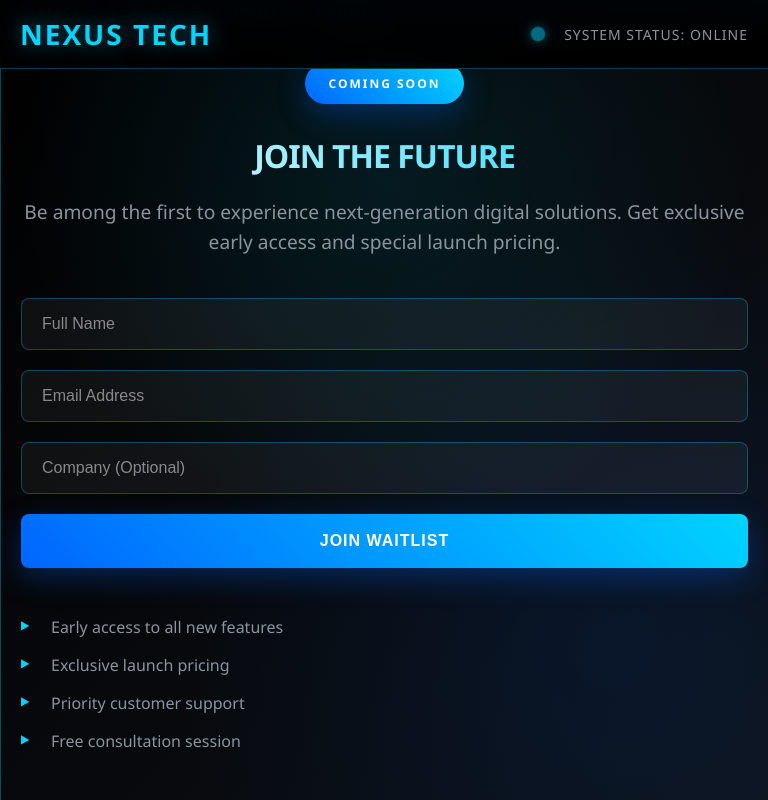
Repository: techandbeauty/NexusTech-Service-Portal
Page: index.html
The author's editor kept a copy of each file at every save. The page is drawn from the files as they stood at one save, then again after a run of saves.
The browser window is 768 px wide. The pictures show the whole page.

Above is the page before, as saved 2025-06-17 01:06:39.

### index.html
<!DOCTYPE html>
<html lang="en">
<head>
    <meta charset="UTF-8">
    <meta name="viewport" content="width=device-width, initial-scale=1.0">
    <title>Nexus Tech Digital Solutions - Coming Soon</title>
    <style>
        * {
            margin: 0;
            padding: 0;
            box-sizing: border-box;
        }

        body {
            font-family: 'Segoe UI', Tahoma, Geneva, Verdana, sans-serif;
            background: #000000;
            color: #ffffff;
            overflow-x: hidden;
            cursor: none;
        }

        /* Custom Cursor */
        .cursor {
            position: fixed;
            width: 20px;
            height: 20px;
            background: linear-gradient(45deg, #00d4ff, #0066ff);
            border-radius: 50%;
            pointer-events: none;
            z-index: 9999;
            transition: transform 0.1s ease;
            mix-blend-mode: difference;
        }

        .cursor.hover {
            transform: scale(2);
        }

        /* PlayStation Style Header */
        .header {
            position: fixed;
            top: 0;
            width: 100%;
            background: rgba(0, 0, 0, 0.95);
            backdrop-filter: blur(20px);
            z-index: 1000;
            padding: 15px 0;
            border-bottom: 1px solid rgba(0, 212, 255, 0.3);
        }

        .nav {
            max-width: 1400px;
            margin: 0 auto;
            display: flex;
            justify-content: space-between;
            align-items: center;
            padding: 0 30px;
        }

        .logo {
            font-size: 28px;
            font-weight: 900;
            color: #00d4ff;
            text-transform: uppercase;
            letter-spacing: 2px;
            text-shadow: 0 0 20px rgba(0, 212, 255, 0.5);
        }

        .nav-status {
            display: flex;
            align-items: center;
            gap: 20px;
            font-size: 14px;
            color: #8b949e;
            text-transform: uppercase;
            letter-spacing: 1px;
        }

        .status-indicator {
            width: 12px;
            height: 12px;
            background: #00d4ff;
            border-radius: 50%;
            animation: pulse 2s infinite;
            box-shadow: 0 0 10px rgba(0, 212, 255, 0.8);
        }

        @keyframes pulse {
            0%, 100% { opacity: 1; transform: scale(1); }
            50% { opacity: 0.5; transform: scale(1.2); }
        }

        /* Main Container */
        .main-container {
            height: 100vh;
            display: flex;
            position: relative;
            overflow: hidden;
        }

        /* Left Panel - Project Showcase */
        .project-panel {
            flex: 1;
            position: relative;
            background: linear-gradient(135deg, #0d1117 0%, #161b22 100%);
            overflow: hidden;
        }

        .project-carousel {
            position: relative;
            width: 100%;
            height: 100%;
        }

        .project-slide {
            position: absolute;
            top: 0;
            left: 0;
            width: 100%;
            height: 100%;
            opacity: 0;
            transition: opacity 1s ease-in-out;
            background-size: cover;
            background-position: center;
            display: flex;
            align-items: flex-end;
            padding: 60px;
        }

        .project-slide.active {
            opacity: 1;
        }

        .project-slide::before {
            content: '';
            position: absolute;
            top: 0;
            left: 0;
            right: 0;
            bottom: 0;
            background: linear-gradient(
                135deg,
                rgba(13, 17, 23, 0.7) 0%,
                rgba(0, 102, 255, 0.3) 50%,
                rgba(0, 212, 255, 0.2) 100%
            );
            z-index: 1;
        }

        .project-info {
            position: relative;
            z-index: 2;
            max-width: 500px;
        }

        .project-category {
            color: #00d4ff;
            font-size: 14px;
            font-weight: 700;
            text-transform: uppercase;
            letter-spacing: 2px;
            margin-bottom: 10px;
        }

        .project-title {
            font-size: 3rem;
            font-weight: 900;
            text-transform: uppercase;
            letter-spacing: -1px;
            margin-bottom: 20px;
            text-shadow: 2px 2px 20px rgba(0, 0, 0, 0.8);
        }

        .project-description {
            font-size: 1.1rem;
            line-height: 1.6;
            color: rgba(255, 255, 255, 0.9);
            margin-bottom: 30px;
        }

        .project-tech {
            display: flex;
            gap: 15px;
            flex-wrap: wrap;
        }

        .tech-tag {
            background: rgba(0, 212, 255, 0.2);
            border: 1px solid rgba(0, 212, 255, 0.5);
            color: #00d4ff;
            padding: 8px 16px;
            border-radius: 20px;
            font-size: 12px;
            font-weight: 600;
            text-transform: uppercase;
            letter-spacing: 1px;
        }

        /* Right Panel - Waitlist */
        .waitlist-panel {
            width: 500px;
            background: linear-gradient(135deg, #000000 0%, #0d1117 100%);
            display: flex;
            flex-direction: column;
            justify-content: center;
            align-items: center;
            padding: 60px 40px;
            position: relative;
            border-left: 1px solid rgba(0, 212, 255, 0.3);
        }

        .waitlist-panel::before {
            content: '';
            position: absolute;
            top: 0;
            left: 0;
            right: 0;
            bottom: 0;
            background:
                radial-gradient(circle at 50% 20%, rgba(0, 212, 255, 0.1) 0%, transparent 50%),
                radial-gradient(circle at 80% 80%, rgba(0, 102, 255, 0.1) 0%, transparent 50%);
            z-index: 1;
        }

        .waitlist-content {
            position: relative;
            z-index: 2;
            text-align: center;
            width: 100%;
        }

        .launch-badge {
            background: linear-gradient(45deg, #0066ff, #00d4ff);
            color: white;
            padding: 12px 24px;
            border-radius: 25px;
            font-size: 12px;
            font-weight: 700;
            text-transform: uppercase;
            letter-spacing: 2px;
            margin-bottom: 30px;
            display: inline-block;
            box-shadow: 0 10px 30px rgba(0, 102, 255, 0.3);
        }

        .waitlist-title {
            font-size: 2.8rem;
            font-weight: 900;
            text-transform: uppercase;
            letter-spacing: -1px;
            margin-bottom: 20px;
            background: linear-gradient(45deg, #ffffff, #00d4ff);
            -webkit-background-clip: text;
            -webkit-text-fill-color: transparent;
            background-clip: text;
        }

        .waitlist-subtitle {
            font-size: 1.2rem;
            color: #8b949e;
            margin-bottom: 40px;
            line-height: 1.6;
        }

        .waitlist-form {
            width: 100%;
            margin-bottom: 40px;
        }

        .form-group {
            margin-bottom: 20px;
        }

        .form-input {
            width: 100%;
            background: rgba(255, 255, 255, 0.05);
            border: 1px solid rgba(0, 212, 255, 0.3);
            border-radius: 8px;
            padding: 16px 20px;
            color: white;
            font-size: 16px;
            transition: all 0.3s ease;
        }

        .form-input:focus {
            outline: none;
            border-color: #00d4ff;
            box-shadow: 0 0 0 3px rgba(0, 212, 255, 0.2);
            background: rgba(255, 255, 255, 0.08);
        }

        .form-input::placeholder {
            color: rgba(255, 255, 255, 0.5);
        }

        .submit-btn {
            width: 100%;
            background: linear-gradient(45deg, #0066ff, #00d4ff);
            border: none;
            border-radius: 8px;
            padding: 18px 24px;
            color: white;
            font-size: 16px;
            font-weight: 700;
            text-transform: uppercase;
            letter-spacing: 1px;
            cursor: pointer;
            transition: all 0.3s ease;
            box-shadow: 0 10px 30px rgba(0, 102, 255, 0.3);
        }

        .submit-btn:hover {
            transform: translateY(-2px);
            box-shadow: 0 15px 40px rgba(0, 102, 255, 0.4);
        }

        .submit-btn:active {
            transform: translateY(0);
        }

        .waitlist-features {
            list-style: none;
            text-align: left;
        }

        .waitlist-features li {
            padding: 8px 0;
            color: #8b949e;
            position: relative;
            padding-left: 30px;
        }

        .waitlist-features li::before {
            content: '▶';
            position: absolute;
            left: 0;
            color: #00d4ff;
            font-size: 12px;
        }

        /* Navigation Dots */
        .carousel-nav {
            position: absolute;
            bottom: 30px;
            right: 30px;
            display: flex;
            gap: 15px;
            z-index: 3;
        }

        .nav-dot {
            width: 12px;
            height: 12px;
            border-radius: 50%;
            background: rgba(255, 255, 255, 0.3);
            cursor: pointer;
            transition: all 0.3s ease;
        }

        .nav-dot.active {
            background: #00d4ff;
            box-shadow: 0 0 15px rgba(0, 212, 255, 0.8);
            transform: scale(1.2);
        }

        /* Progress Bar */
        .progress-bar {
            position: absolute;
            bottom: 0;
            left: 0;
            height: 3px;
            background: #00d4ff;
            transition: width 5s linear;
            z-index: 3;
        }

        /* Success Message */
        .success-message {
            display: none;
            background: rgba(34, 197, 94, 0.1);
            border: 1px solid rgba(34, 197, 94, 0.3);
            color: #22c55e;
            padding: 20px;
            border-radius: 8px;
            margin-top: 20px;
            text-align: center;
        }

        /* Responsive Design */
        @media (max-width: 768px) {
            .main-container {
                flex-direction: column;
                height: auto;
                min-height: 100vh;
            }

            .project-panel {
                height: 60vh;
            }

            .waitlist-panel {
                width: 100%;
                padding: 40px 20px;
            }

            .project-slide {
                padding: 30px 20px;
            }

            .project-title {
                font-size: 2rem;
            }

            .waitlist-title {
                font-size: 2rem;
            }

            .nav {
                padding: 0 20px;
            }

            .cursor {
                display: none;
            }

            body {
                cursor: auto;
            }
        }

        /* Gaming UI Elements */
        .ui-corner {
            position: absolute;
            width: 30px;
            height: 30px;
            border: 2px solid rgba(0, 212, 255, 0.5);
        }

        .ui-corner.top-left {
            top: 20px;
            left: 20px;
            border-right: none;
            border-bottom: none;
        }

        .ui-corner.top-right {
            top: 20px;
            right: 20px;
            border-left: none;
            border-bottom: none;
        }

        .ui-corner.bottom-left {
            bottom: 20px;
            left: 20px;
            border-right: none;
            border-top: none;
        }

        .ui-corner.bottom-right {
            bottom: 20px;
            right: 20px;
            border-left: none;
            border-top: none;
        }
    </style>
</head>
<body>
    <!-- Custom Cursor -->
    <div class="cursor"></div>

    <!-- Header -->
    <header class="header">
        <nav class="nav">
            <div class="logo">Nexus Tech</div>
            <div class="nav-status">
                <div class="status-indicator"></div>
                System Status: Online
            </div>
        </nav>
    </header>

    <!-- Main Container -->
    <div class="main-container">
        <!-- Gaming UI Corners -->
        <div class="ui-corner top-left"></div>
        <div class="ui-corner top-right"></div>
        <div class="ui-corner bottom-left"></div>
        <div class="ui-corner bottom-right"></div>

        <!-- Project Showcase Panel -->
        <div class="project-panel">
            <div class="project-carousel">
                <div class="progress-bar"></div>

                <!-- Slide 1 - E-commerce Platform -->
                <div class="project-slide active" style="background-image: linear-gradient(45deg, #1a1a2e, #16213e, #0f3460);">
                    <div class="project-info">
                        <div class="project-category">E-Commerce Solution</div>
                        <h2 class="project-title">Quantum Store</h2>
                        <p class="project-description">
                            Next-generation e-commerce platform with AI-powered recommendations,
                            real-time inventory management, and seamless payment integration.
                        </p>
                        <div class="project-tech">
                            <span class="tech-tag">React</span>
                            <span class="tech-tag">Node.js</span>
                            <span class="tech-tag">Stripe</span>
                            <span class="tech-tag">AI/ML</span>
                        </div>
                    </div>
                </div>

                <!-- Slide 2 - Mobile App -->
                <div class="project-slide" style="background-image: linear-gradient(45deg, #2d1b69, #11998e, #38ef7d);">
                    <div class="project-info">
                        <div class="project-category">Mobile Application</div>
                        <h2 class="project-title">Nexus Connect</h2>
                        <p class="project-description">
                            Cross-platform mobile app connecting teams globally with real-time
                            collaboration, project management, and secure communication features.
                        </p>
                        <div class="project-tech">
                            <span class="tech-tag">React Native</span>
                            <span class="tech-tag">Firebase</span>
                            <span class="tech-tag">WebRTC</span>
                            <span class="tech-tag">Push Notifications</span>
                        </div>
                    </div>
                </div>

                <!-- Slide 3 - Gaming Platform -->
                <div class="project-slide" style="background-image: linear-gradient(45deg, #667eea, #764ba2, #f093fb);">
                    <div class="project-info">
                        <div class="project-category">Gaming Platform</div>
                        <h2 class="project-title">Cyber Arena</h2>
                        <p class="project-description">
                            Immersive gaming platform with multiplayer capabilities, tournament
                            systems, and blockchain-based rewards for competitive gamers.
                        </p>
                        <div class="project-tech">
                            <span class="tech-tag">Three.js</span>
                            <span class="tech-tag">WebGL</span>
                            <span class="tech-tag">Blockchain</span>
                            <span class="tech-tag">WebSockets</span>
                        </div>
                    </div>
                </div>

                <!-- Slide 4 - SaaS Dashboard -->
                <div class="project-slide" style="background-image: linear-gradient(45deg, #fa709a, #fee140, #ff6b6b);">
                    <div class="project-info">
                        <div class="project-category">SaaS Platform</div>
                        <h2 class="project-title">Analytics Pro</h2>
                        <p class="project-description">
                            Advanced analytics dashboard providing real-time insights, custom
                            reporting, and predictive analytics for enterprise clients.
                        </p>
                        <div class="project-tech">
                            <span class="tech-tag">Vue.js</span>
                            <span class="tech-tag">D3.js</span>
                            <span class="tech-tag">Python</span>
                            <span class="tech-tag">Machine Learning</span>
                        </div>
                    </div>
                </div>

                <!-- Navigation Dots -->
                <div class="carousel-nav">
                    <div class="nav-dot active" data-slide="0"></div>
                    <div class="nav-dot" data-slide="1"></div>
                    <div class="nav-dot" data-slide="2"></div>
                    <div class="nav-dot" data-slide="3"></div>
                </div>
            </div>
        </div>

        <!-- Waitlist Panel -->
        <div class="waitlist-panel">
            <div class="waitlist-content">
                <div class="launch-badge">Coming Soon</div>
                <h1 class="waitlist-title">Join the Future</h1>
                <p class="waitlist-subtitle">
                    Be among the first to experience next-generation digital solutions.
                    Get exclusive early access and special launch pricing.
                </p>

                <form class="waitlist-form" name="waitlist" method="POST" data-netlify="true" data-netlify-honeypot="bot-field">
                    <input type="hidden" name="form-name" value="waitlist" />
                    <p style="display: none;">
                        <input name="bot-field" />
                    </p>

                    <div class="form-group">
                        <input type="text" name="name" class="form-input" placeholder="Full Name" required />
                    </div>

                    <div class="form-group">
                        <input type="email" name="email" class="form-input" placeholder="Email Address" required />
                    </div>

                    <div class="form-group">
                        <input type="text" name="company" class="form-input" placeholder="Company (Optional)" />
                    </div>

                    <button type="submit" class="submit-btn">Join Waitlist</button>
                </form>

                <div class="success-message" id="successMessage">
                    <h3>Welcome to the Future! 🚀</h3>
                    <p>You're now on our exclusive waitlist. We'll notify you as soon as we launch!</p>
                </div>

                <ul class="waitlist-features">
                    <li>Early access to all new features</li>
                    <li>Exclusive launch pricing</li>
                    <li>Priority customer support</li>
                    <li>Free consultation session</li>
                </ul>
            </div>
        </div>
    </div>

    <script>
        // Custom Cursor
        const cursor = document.querySelector('.cursor');
        const interactiveElements = document.querySelectorAll('button, .nav-dot, .submit-btn, input');

        document.addEventListener('mousemove', (e) => {
            cursor.style.left = e.clientX + 'px';
            cursor.style.top = e.clientY + 'px';
        });

        interactiveElements.forEach(el => {
            el.addEventListener('mouseenter', () => cursor.classList.add('hover'));
            el.addEventListener('mouseleave', () => cursor.classList.remove('hover'));
        });

        // Carousel functionality
        const slides = document.querySelectorAll('.project-slide');
        const dots = document.querySelectorAll('.nav-dot');
        const progressBar = document.querySelector('.progress-bar');
        let currentSlide = 0;
        let slideInterval;

        function showSlide(index) {
            // Remove active class from all slides and dots
            slides.forEach(slide => slide.classList.remove('active'));
            dots.forEach(dot => dot.classList.remove('active'));

            // Add active class to current slide and dot
            slides[index].classList.add('active');
            dots[index].classList.add('active');

            // Reset and start progress bar
            progressBar.style.width = '0%';
            setTimeout(() => {
                progressBar.style.width = '100%';
            }, 100);
        }

        function nextSlide() {
            currentSlide = (currentSlide + 1) % slides.length;
            showSlide(currentSlide);
        }

        function startSlideshow() {
            slideInterval = setInterval(nextSlide, 5000);
            progressBar.style.width = '100%';
        }

        function stopSlideshow() {
            clearInterval(slideInterval);
            progressBar.style.width = '0%';
        }

        // Dot navigation
        dots.forEach((dot, index) => {
            dot.addEventListener('click', () => {
                currentSlide = index;
                showSlide(currentSlide);
                stopSlideshow();
                setTimeout(startSlideshow, 1000);
            });
        });

        // Pause on hover
        const projectPanel = document.querySelector('.project-panel');
        projectPanel.addEventListener('mouseenter', stopSlideshow);
        projectPanel.addEventListener('mouseleave', startSlideshow);

        // Start slideshow
        startSlideshow();

        // Form handling
        const form = document.querySelector('.waitlist-form');
        const successMessage = document.getElementById('successMessage');

        form.addEventListener('submit', async (e) => {
            e.preventDefault();

            const formData = new FormData(form);
            const submitBtn = form.querySelector('.submit-btn');
            const originalText = submitBtn.textContent;

            try {
                submitBtn.textContent = 'Joining...';
                submitBtn.disabled = true;

                // Submit to Netlify
                await fetch('/', {
                    method: 'POST',
                    headers: { 'Content-Type': 'application/x-www-form-urlencoded' },
                    body: new URLSearchParams(formData).toString()
                });

                // Show success message
                form.style.display = 'none';
                successMessage.style.display = 'block';

                // Optional: Save to Firebase if available
                if (window.dbFunctions) {
                    const data = Object.fromEntries(formData);
                    await window.dbFunctions.addContactSubmission({
                        ...data,
                        type: 'waitlist',
                        source: 'landing-page'
                    });
                }

            } catch (error) {
                console.error('Form submission error:', error);
                submitBtn.textContent = 'Try Again';
                alert('Something went wrong. Please try again.');
            } finally {
                if (form.style.display !== 'none') {
                    submitBtn.textContent = originalText;
                    submitBtn.disabled = false;
                }
            }
        });

        // Keyboard navigation
        document.addEventListener('keydown', (e) => {
            if (e.key === 'ArrowLeft') {
                currentSlide = currentSlide > 0 ? currentSlide - 1 : slides.length - 1;
                showSlide(currentSlide);
                stopSlideshow();
                setTimeout(startSlideshow, 1000);
            } else if (e.key === 'ArrowRight') {
                nextSlide();
                stopSlideshow();
                setTimeout(startSlideshow, 1000);
            }
        });

        // Responsive cursor handling
        if (window.innerWidth <= 768) {
            cursor.style.display = 'none';
        }
    </script>
</body>
</html>

After the next 2 saves:
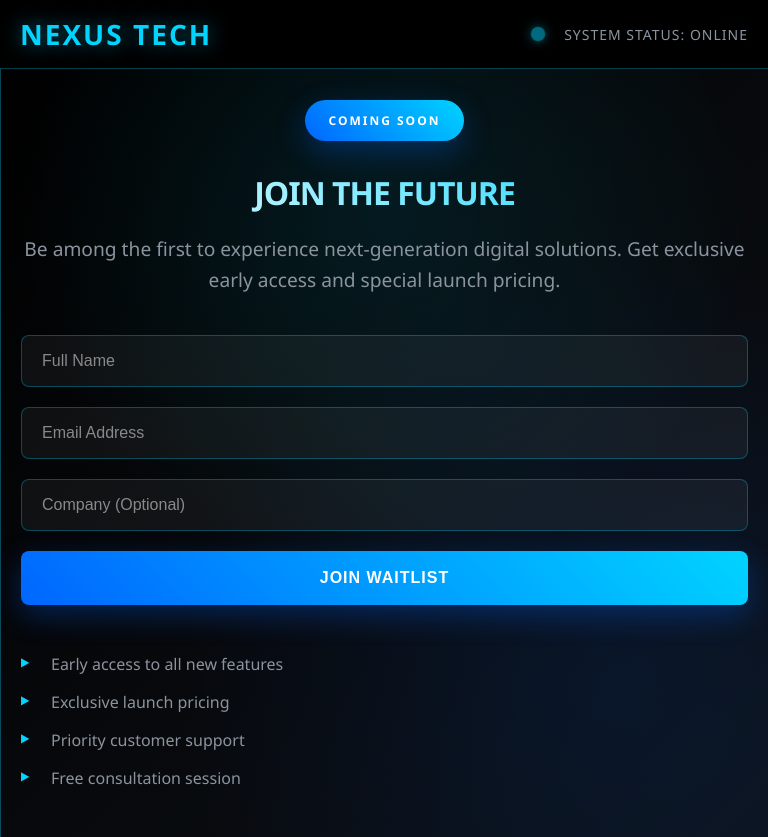
The 2 saves are shown as one change because they came seconds apart.
The last was saved 115 s later.
--- a/index.html
+++ b/index.html
@@ -96,6 +96,7 @@
             display: flex;
             position: relative;
             overflow: hidden;
+            padding-top: 70px; /* Space for fixed header */
         }
 
         /* Left Panel - Project Showcase */
@@ -392,6 +393,7 @@
                 flex-direction: column;
                 height: auto;
                 min-height: 100vh;
+                padding-top: 60px; /* Slightly less on mobile */
             }
 
             .project-panel {
